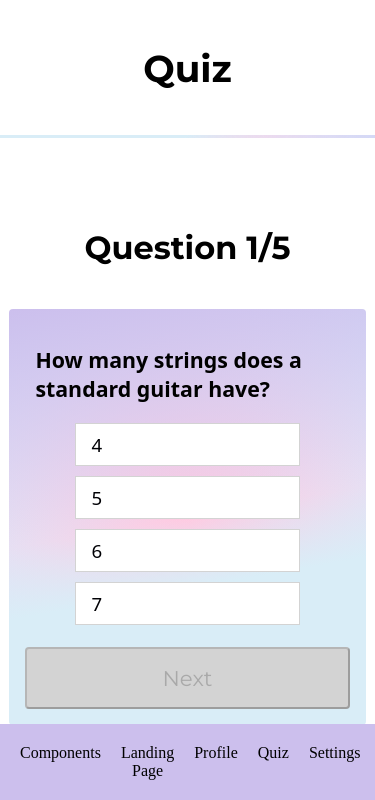
Repository: 1medi/pocketprof
Page: /quiz/page
These files come from the project's save history. The page is drawn as it stood at one moment and after the next save; the edit follows.
The browser window is 375 px wide. The pictures show the whole page.
The project was rebuilt for these pictures with package versions that can differ from the ones it lists, and the page was loaded fresh each time. The framework's server and built-in components were replaced by stand-ins that run in the browser. Also part of the build but not shown: next.config.mjs, Components/Buttons/Oscar/Oscar.module.css, Components/Buttons/Oscar/index.js.

Above is the page before, as saved 2024-04-13 21:24:10.

After the next save:
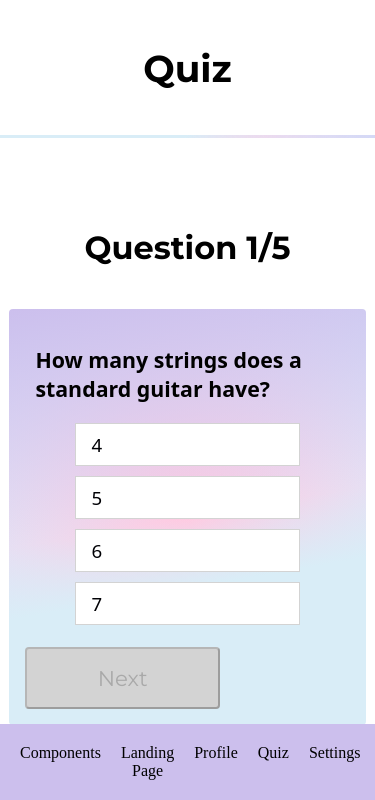
Saved 20 s later.
--- a/pages/quiz/page.module.css
+++ b/pages/quiz/page.module.css
@@ -47,7 +47,7 @@
 .btnDisabled {
   background-color: lightgray;
   padding: 16px 8px;
-  width: 100%;
+  width: 60%;
   margin-top: 12px;
   font-size: var(--font-button);
   border-radius: 4px;

After the 3 saves that followed:
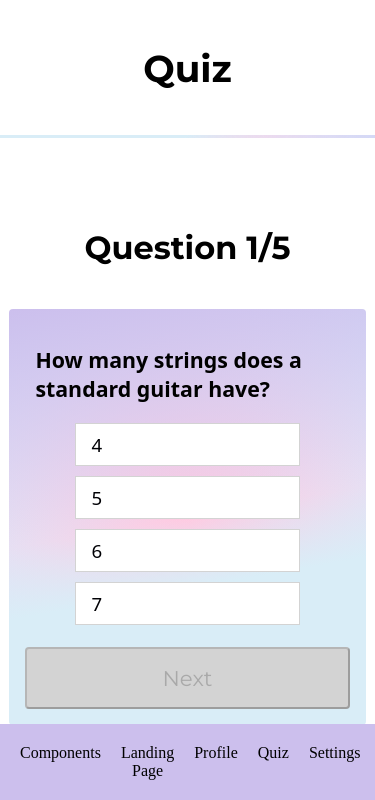
The 3 saves are shown as one change because 2 left the picture as it was.
The last was saved 74 s later.
--- a/pages/quiz/page.module.css
+++ b/pages/quiz/page.module.css
@@ -33,7 +33,7 @@
 
 .btn {
   padding: 16px 8px;
-  width: 60%%;
+  width: 100%;
   margin-top: 12px;
   font-size: var(--font-button);
   border-radius: 5px;
@@ -41,19 +41,19 @@
   background-color: var(--main-color-purple);
   color: #f8f8f8 bold;
   font-family: var(--headings);
-
+  align-self: center;
 }
 
 .btnDisabled {
   background-color: lightgray;
   padding: 16px 8px;
-  width: 60%;
+  width: 100%;
   margin-top: 12px;
   font-size: var(--font-button);
   border-radius: 4px;
   color: darkgray;
   font-family: var(--headings);
-
+  align-self: center;
 }
 
 .answerList {
